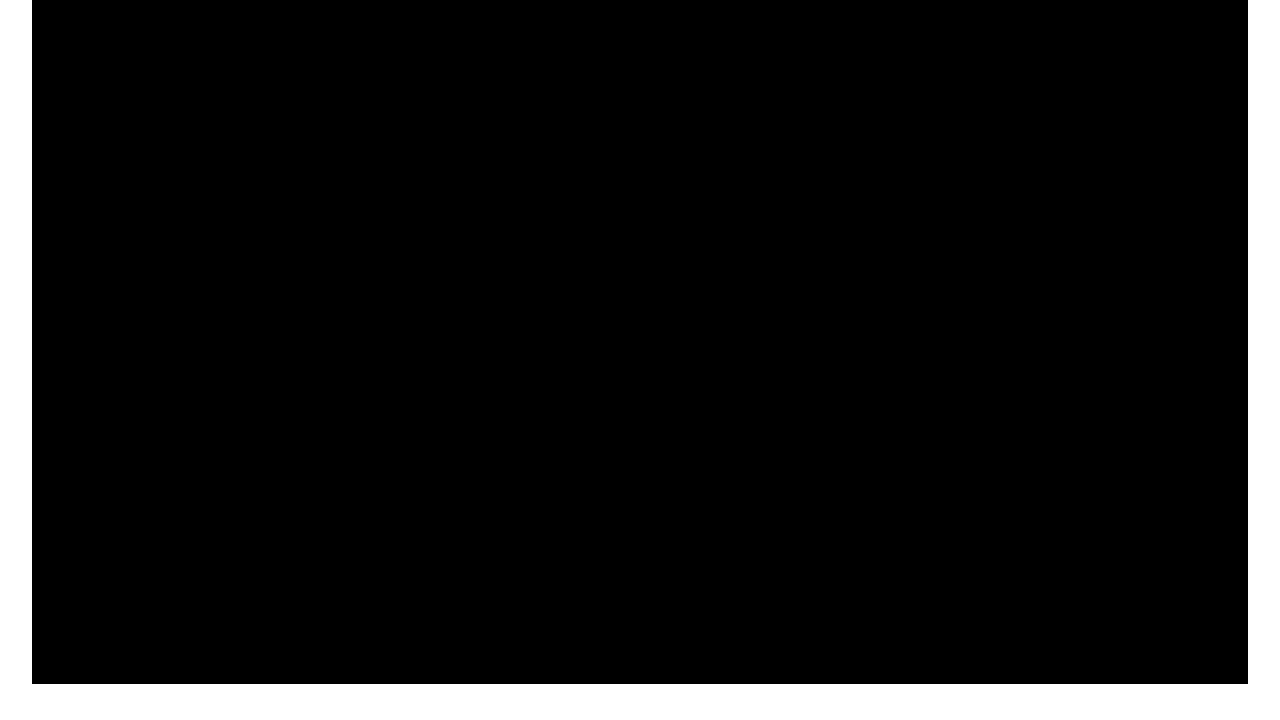
Repository: SoutMatine/Bud-online
Page: index.html
These files come from the project's save history. The page is drawn as it stood at one moment and after the next save; the edit follows.
The browser window is 1280 px wide. The pictures show the whole page.
Some web libraries are served in a nearby version.

Above is the page before, as saved 2026-05-20 15:05:52.

After the next save:
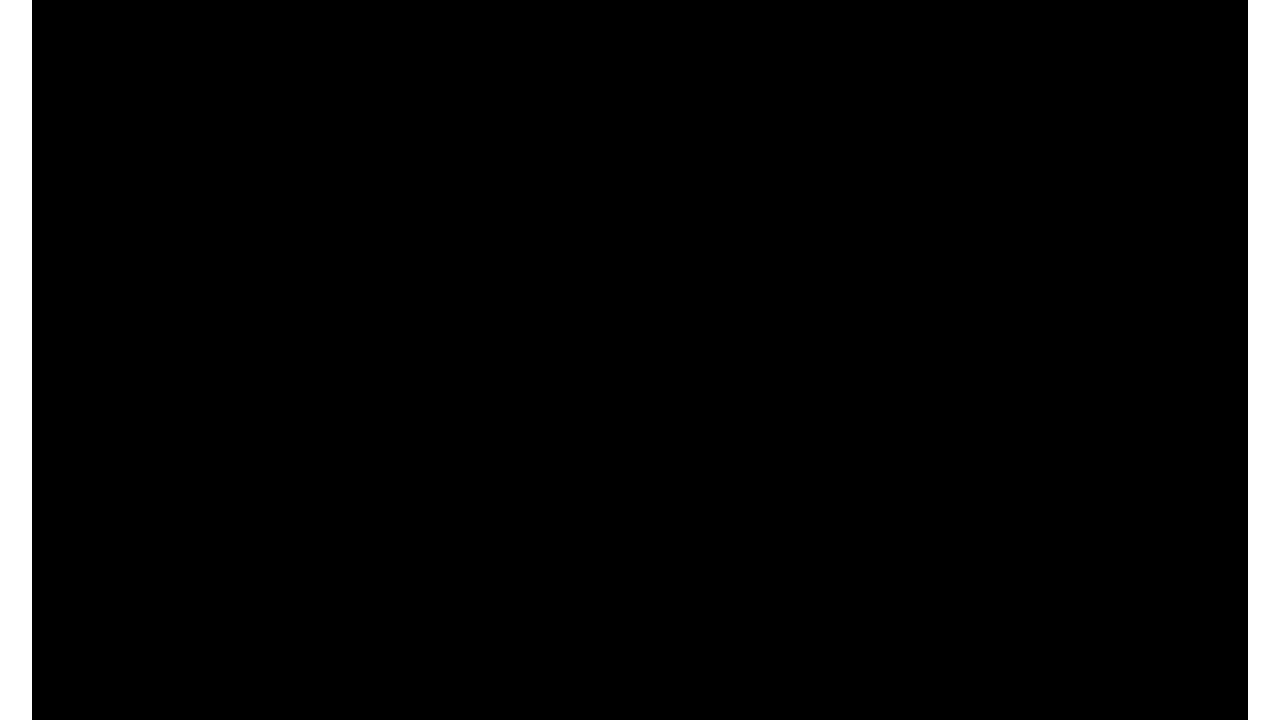
Saved 73 s later.
--- a/assets/css/styles.css
+++ b/assets/css/styles.css
@@ -13,7 +13,7 @@
 
 .main-container {
     width: 95dvw;
-    height: 95dvh;
+    height: 100dvh;
     background-color: black;
     margin: 0 auto;
 }
